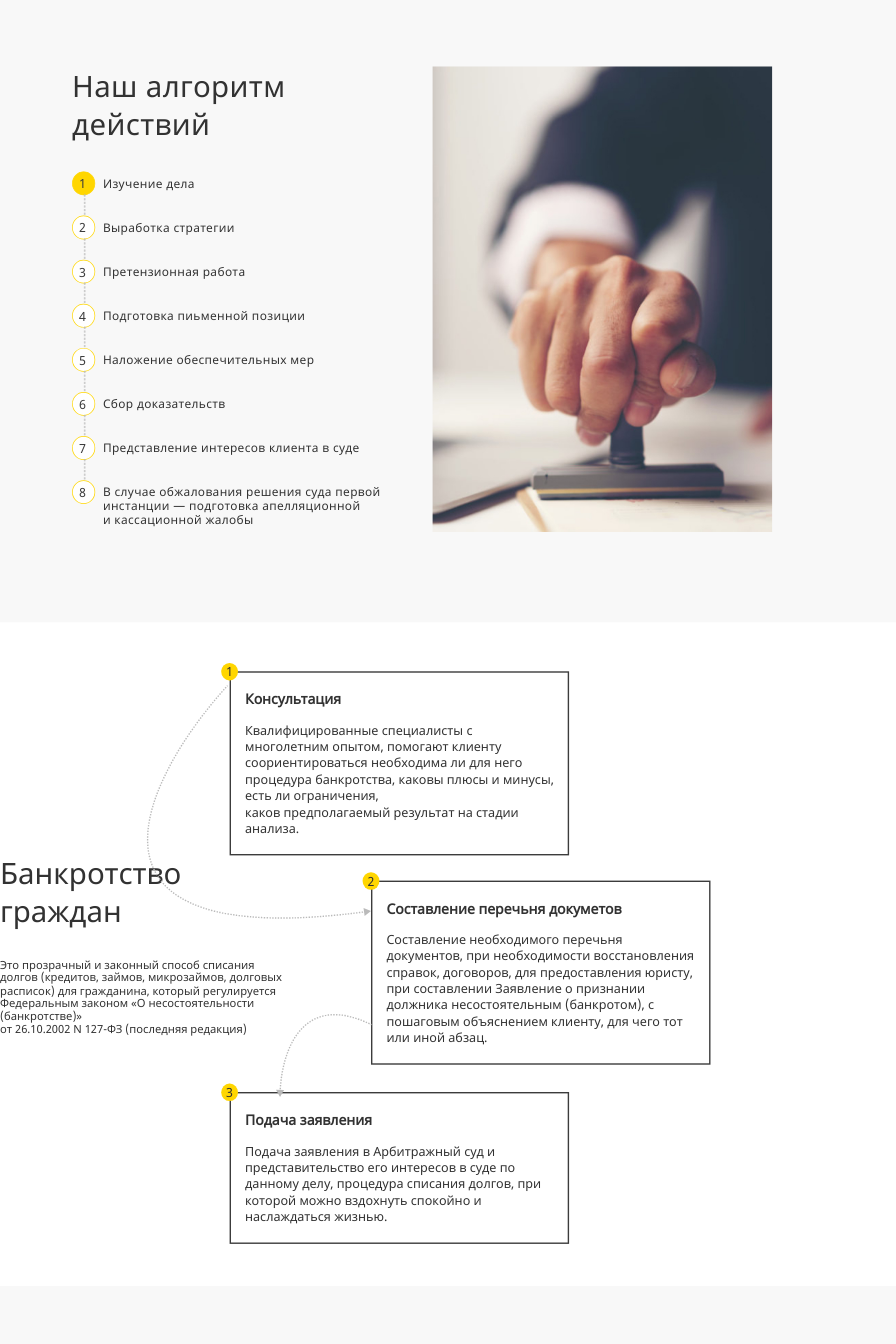
Repository: Nisovaki/antei
Page: http://localhost/
An editor plug-in stored every save of this project. The page is shown before and after a run of saves, followed by the edit.
The browser window is 1280 px wide. The pictures show the part of the page from y = 2310 to 4230 px (the page is 6074 px tall before and 6078 px after), at 70% of full size.
The page is run by PHP 8.4 with error messages shown; the project is at /var/www/html/. Style sheets and scripts are compiled from the project's sources, by tool versions that may differ from the author's.

Above is the page before, as saved 2022-03-19 02:18:50.

After the next 3 saves:
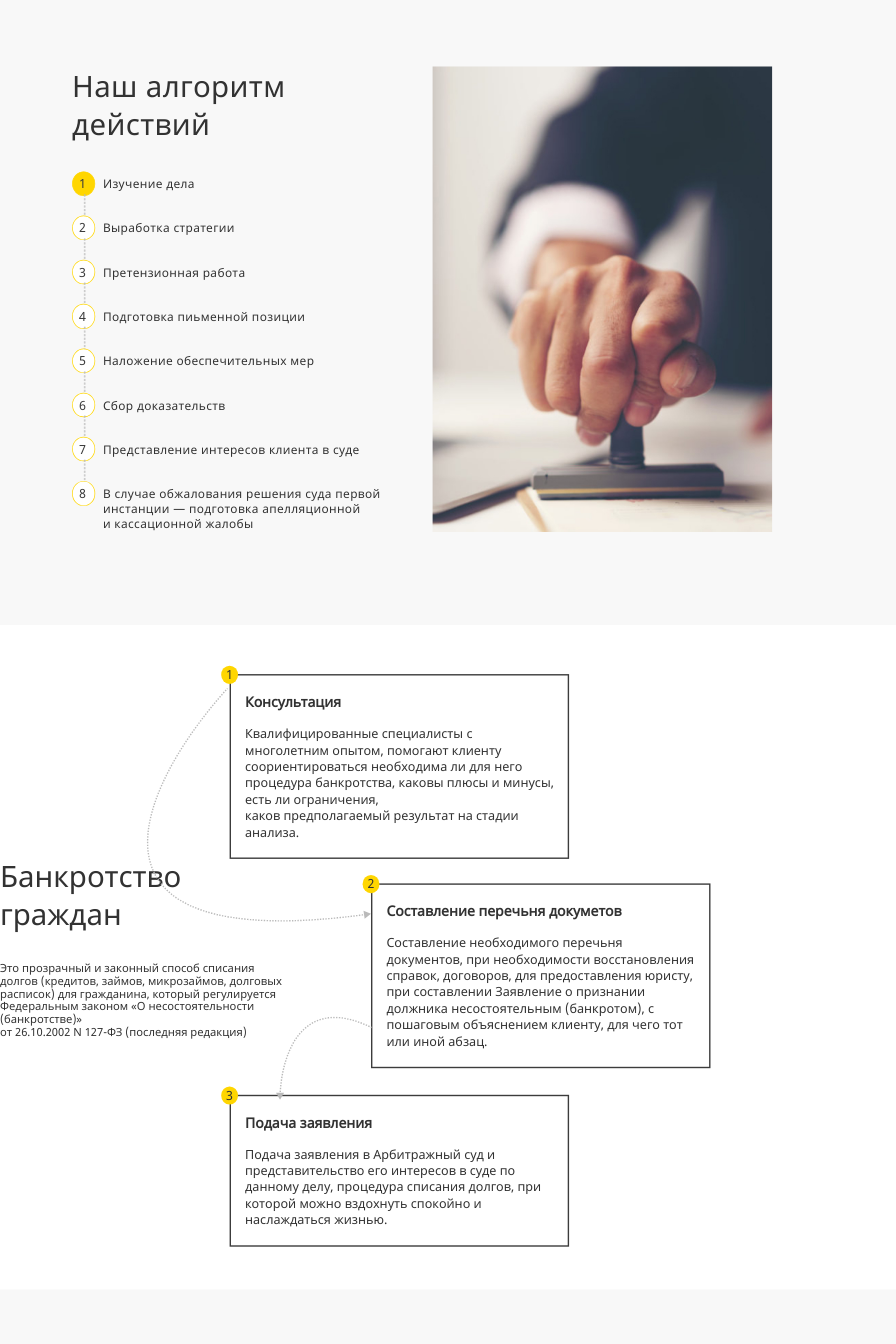
The 3 saves are shown as one change because they came seconds apart.
The last was saved 6 min 19 s later.
--- a/sass/block/_algorithm.sass
+++ b/sass/block/_algorithm.sass
@@ -35,9 +35,9 @@ ol
     li
         counter-increment: num
         margin: 0
-        padding: 7px 0 36px 44px
+        padding: 7px 0 35px 44px
         position: relative
-        line-height: 20px
+        line-height: 125%
         letter-spacing: 0.5px
         &::marker
             display: none
